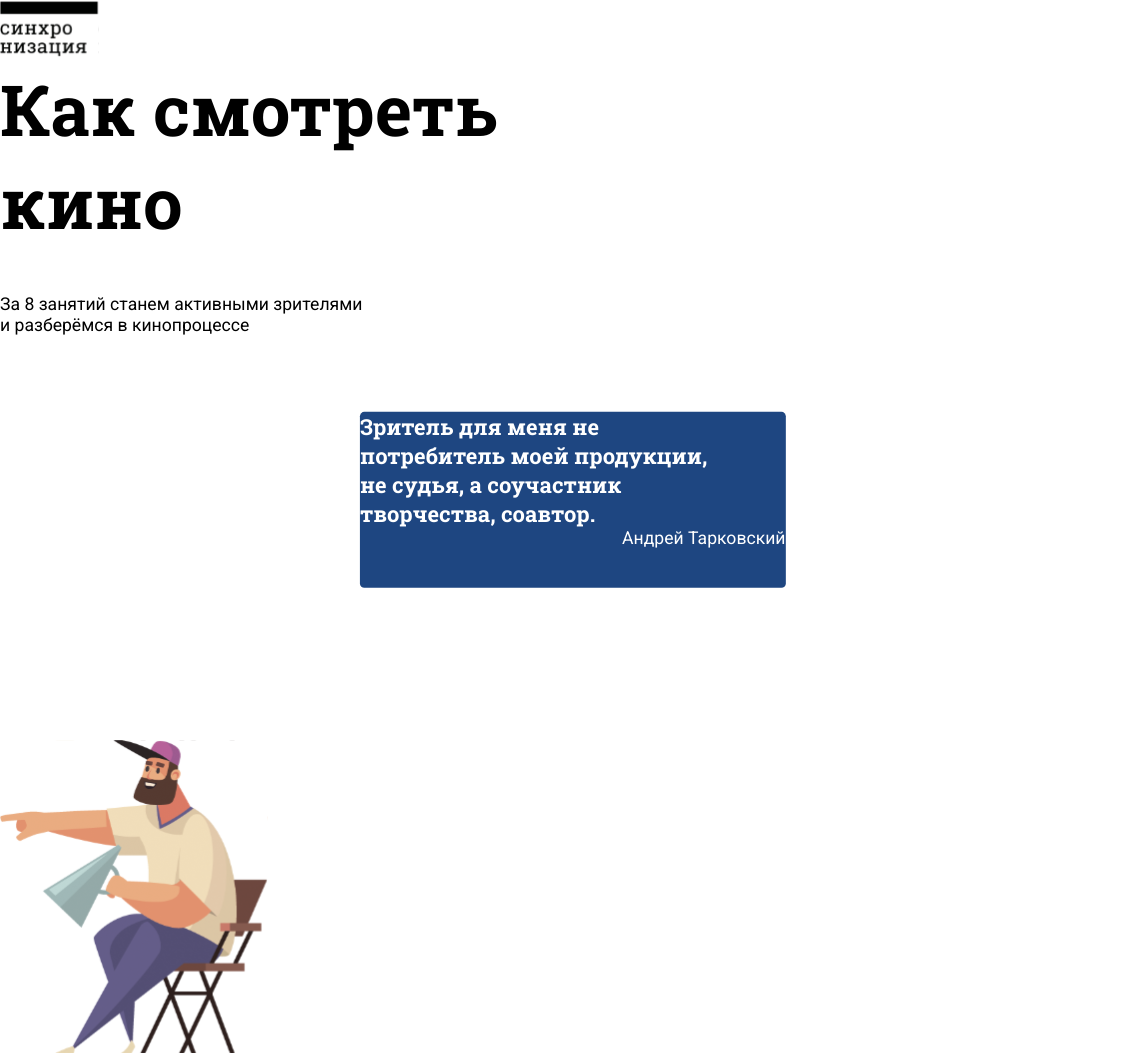
Repository: kubrazamanova/project1
Page: index.html
These files come from the project's save history. The page is drawn as it stood at one moment and after the next save; the edit follows.
The browser window is 1280 px wide. The pictures show the whole page, at 88% of full size.

Above is the page before, as saved 2023-09-09 12:36:04.

After the next save:
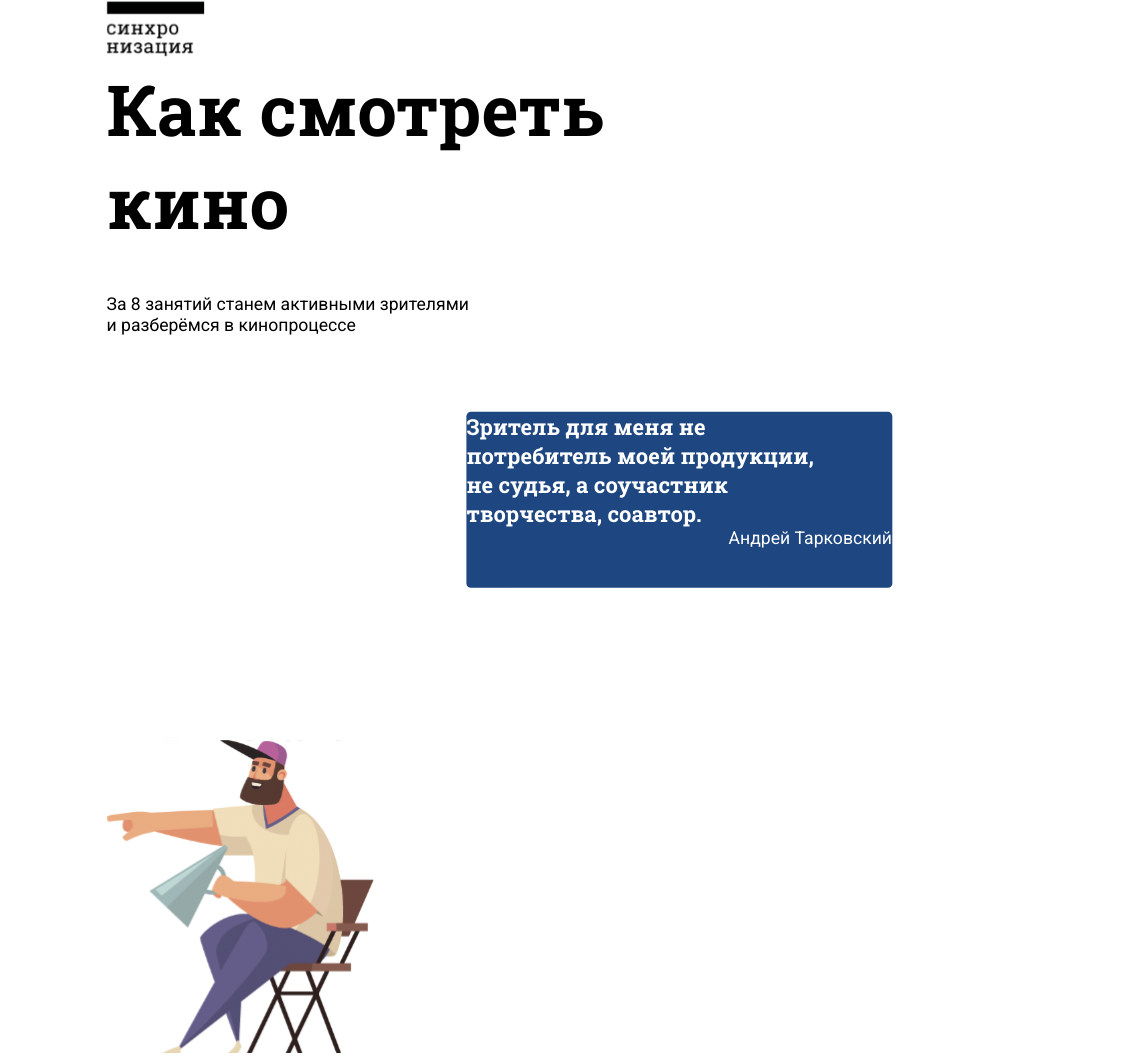
Saved 12 s later.
--- a/index.css
+++ b/index.css
@@ -5,7 +5,7 @@
   box-sizing: border-box;
 }
 .container {
-    padding-left: ;
+    padding-left: 121px;
 }
 
 .text-container {
